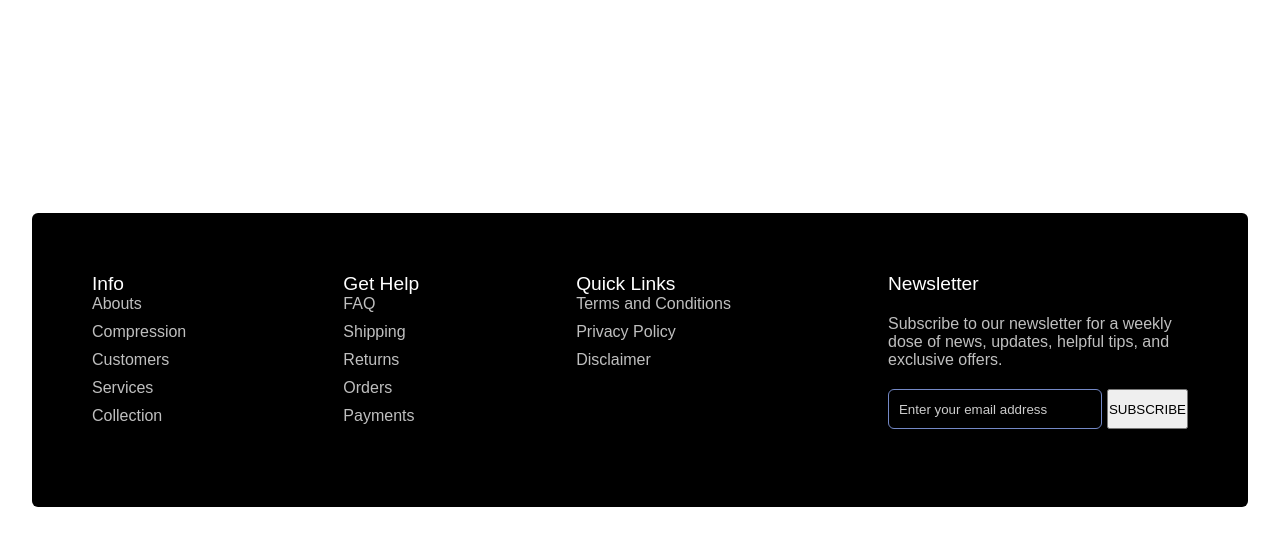
Repository: syni18/responsive_footer
Page: index.html
The author's editor kept a copy of each file at every save. The page is drawn from the files as they stood at one save, then again after a run of saves.
The browser window is 1280 px wide. The pictures show the whole page.
Some web libraries are served in a nearby version.

Above is the page before, as saved 2023-11-03 17:21:07.

### index.html
<!DOCTYPE html>
<html lang="en">
<head>
    <meta charset="UTF-8">
    <meta name="viewport" content="width=device-width, initial-scale=1.0">
    <link rel="stylesheet" href="https://cdnjs.cloudflare.com/ajax/libs/font-awesome/6.4.2/css/all.in.css">
    <link rel="stylesheet" href="style.css">
    <title>Responsive footer</title>
</head>
<body>
    <section class="footer">
        <div class="footer-row">
            <div class="footer-col">
                <h4>Info</h4>
                <ul class="links">
                    <li><a href="#">Abouts</a></li>
                    <li><a href="#">Compression</a></li>
                    <li><a href="#">Customers</a></li>
                    <li><a href="#">Services</a></li>
                    <li><a href="#">Collection</a></li>
                </ul>
            </div>

            <div class="footer-col">
                <h4>Get Help</h4>
                <ul class="links">
                    <li><a href="#">FAQ</a></li>
                    <li><a href="#">Shipping</a></li>
                    <li><a href="#">Returns</a></li>
                    <li><a href="#">Orders</a></li>
                    <li><a href="#">Payments</a></li>
                </ul>
            </div>

            <div class="footer-col">
                <h4>Quick Links</h4>
                <ul class="links">
                    <li><a href="#">Terms and Conditions</a></li>
                    <li><a href="#">Privacy Policy</a></li>
                    <li><a href="#">Disclaimer</a></li>
                </ul>
            </div>

            <div class="footer-col">
                <h4>Newsletter</h4>
                <p>
                    Subscribe to our newsletter for a weekly dose of news, updates, helpful tips, and exclusive offers.
                </p>
                <form action="#">
                    <input type="email" name="email" id="email" placeholder="Enter your email address">
                    <button type="submit">SUBSCRIBE</button>
                </form>
                <div class="icons">
                    <i class="fa-brands fa-facebook"></i>
                    <i class="fa-brands fa-twitter"></i>
                    <i class="fa-brands fa-instagram"></i>
                    <i class="fa-brands fa-youtube"></i>
                </div>
            </div>
        </div>
    </section>
</body>
</html>

### style.css
*{
    margin: 0;
    padding: 0;
    box-sizing: border-box;
    font-family: sans-serif;
}
.footer{
    position: absolute;
    top: 50%;
    left: 50%;
    transform: translate(-50%, -50%);
    max-width: 1280px;
    width: 95%;
    background: #000;
    border-radius: 6px;
}
.footer .footer-row{
    display: flex;
    flex-wrap: wrap;
    justify-content: space-between;
    gap: 3.5rem;
    padding: 60px;
}
.footer-row .footer-col h4 {
    color: #fff;
    font-size: 1.2rem;
    font-weight: 400;
}
.footer-col .links li{
    list-style: none;
    margin-bottom: 10px;
}
.footer-col .links li a {
    text-decoration: none;
    color: #bfbfbf;
}
.footer-col .links li a:hover{
    color: #fff;
}
.footer-col p {
    margin: 20px 0;
    color: #bfbfbf;
    max-width: 300px;
}
.footer-col form{
    display: flex;
    gap: 5px;
}
.footer-col input{
    height: 40px;
    border-radius: 6px;
    background: none;
    width: 100%;
    outline: none;
    border: 1px solid #7489c6;
    caret-color: #fff;
    color: #fff;
    padding-left: 10px;
}
.footer-col input::placeholder{
    color: #ccc;
}
.footer-col form button{
    background: #ca;
}

After the next 7 saves:
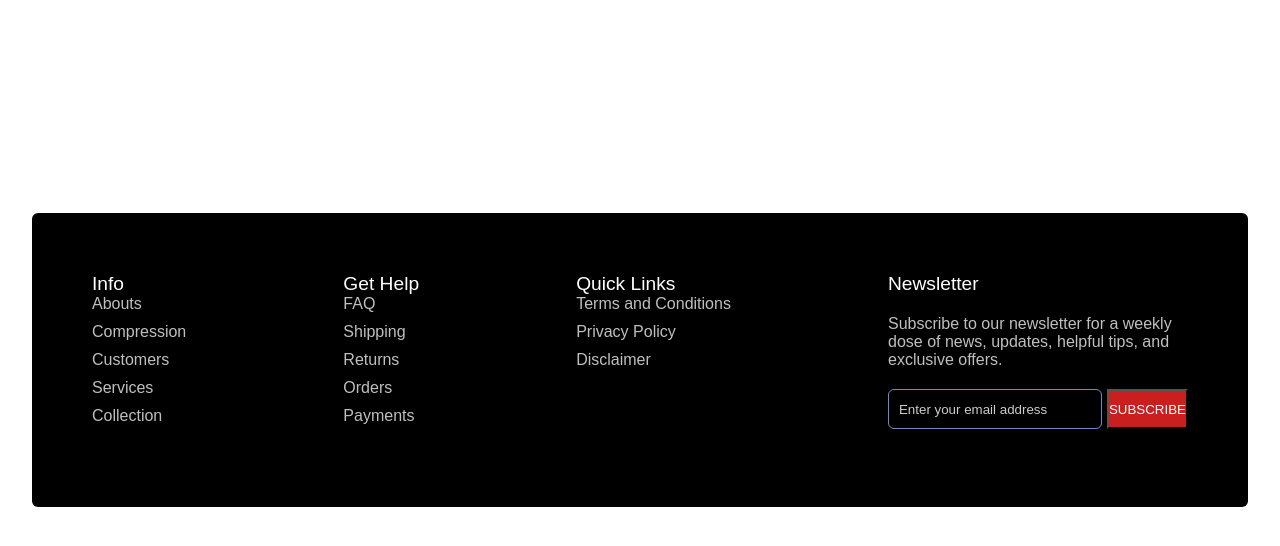
The 7 saves are shown as one change because they came seconds apart.
The last was saved 20 s later.
--- a/style.css
+++ b/style.css
@@ -61,5 +61,7 @@
     color: #ccc;
 }
 .footer-col form button{
-    background: #ca;
+    background: #ca1f1f;
+    color: #fff;
+
 }
